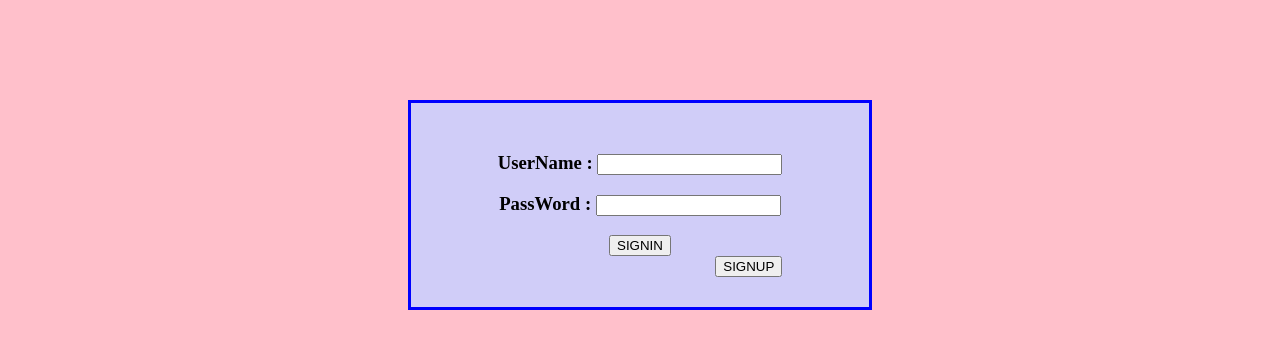
Repository: Vamsigundubogula/E-Commerce-Website
Page: http://localhost/E-commerce-website/login.jsp
The author's editor kept a copy of each file at every save. The page is drawn from the files as they stood at one save, then again after the next save.
The browser window is 1280 px wide. The pictures show the whole page.
The page is served by Tomcat 9.

Above is the page before, as saved 2023-09-11 16:45:01.

After the next save:
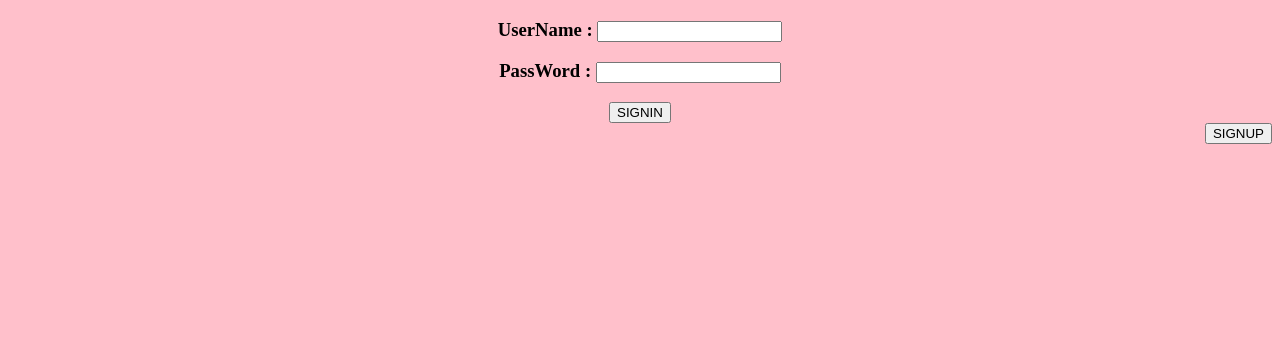
Saved 13 s later.
--- a/E-commerce-website/WebContent/login.jsp
+++ b/E-commerce-website/WebContent/login.jsp
@@ -18,7 +18,7 @@
 </style>
 </head>
 <body bgcolor="pink">
-    <div class="content">
+    <div>
     <form action="login" method="post" align="center">
     <h3>UserName : <input type="text" name="uname"></h3>
     <h3>PassWord : <input type="password" name="pass"></h3>

After the save that followed:
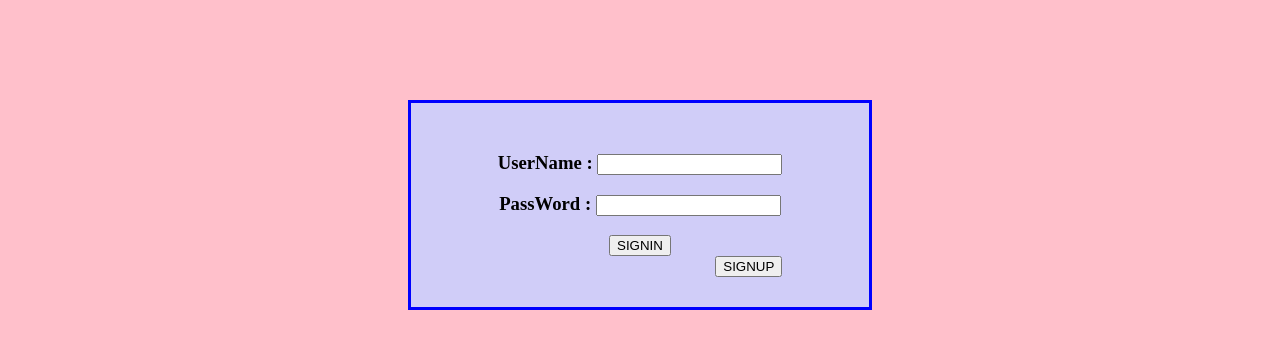
Saved 17 s later.
--- a/E-commerce-website/WebContent/login.jsp
+++ b/E-commerce-website/WebContent/login.jsp
@@ -18,11 +18,11 @@
 </style>
 </head>
 <body bgcolor="pink">
-    <div>
+    <div class="content">
     <form action="login" method="post" align="center">
     <h3>UserName : <input type="text" name="uname"></h3>
     <h3>PassWord : <input type="password" name="pass"></h3>
-    <div class="content1">
+    <div>
     <form action="login" align="left"><button type="submit">SIGNIN</button></form>
     <form action="signup.jsp" align="right"><button type="submit">SIGNUP</button></form>
     </div>
